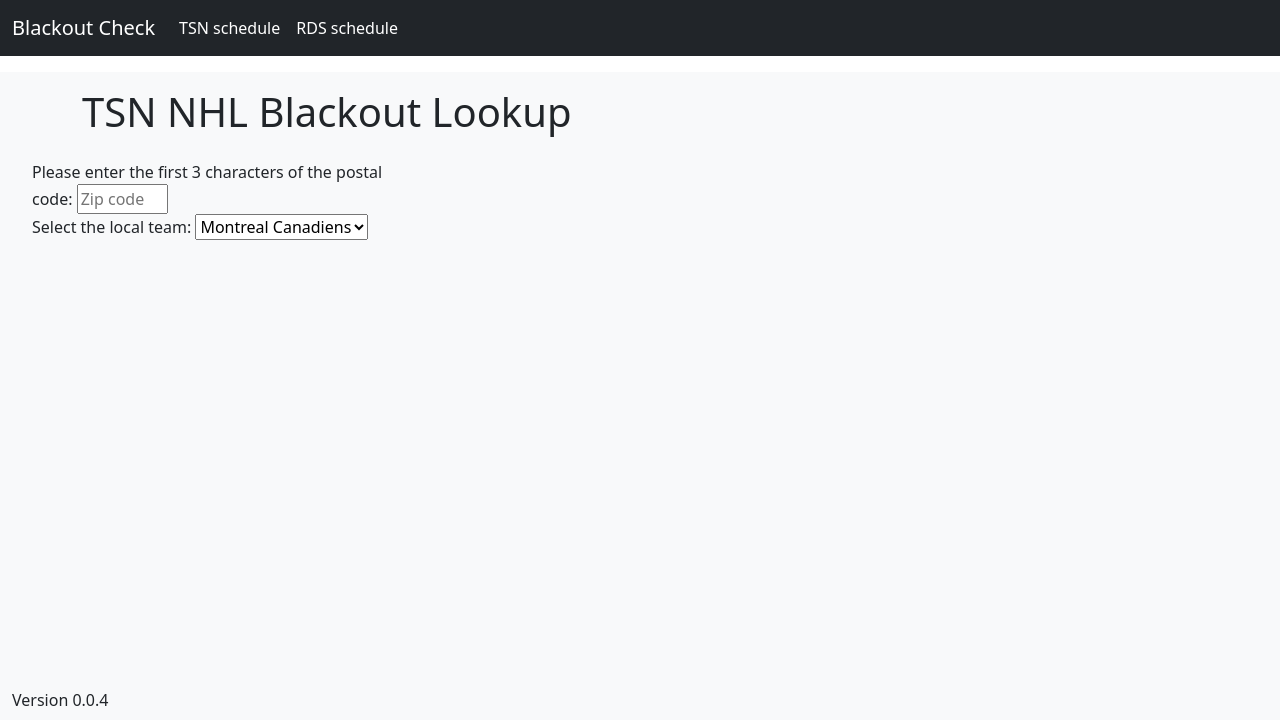
Repository: teban004/blackoutCheck
Page: index.html
The author's editor kept a copy of each file at every save. The page is drawn from the files as they stood at one save, then again after the next save.
The browser window is 1280 px wide. The pictures show the whole page.

Above is the page before, as saved 2022-01-14 16:09:19.

After the next save:
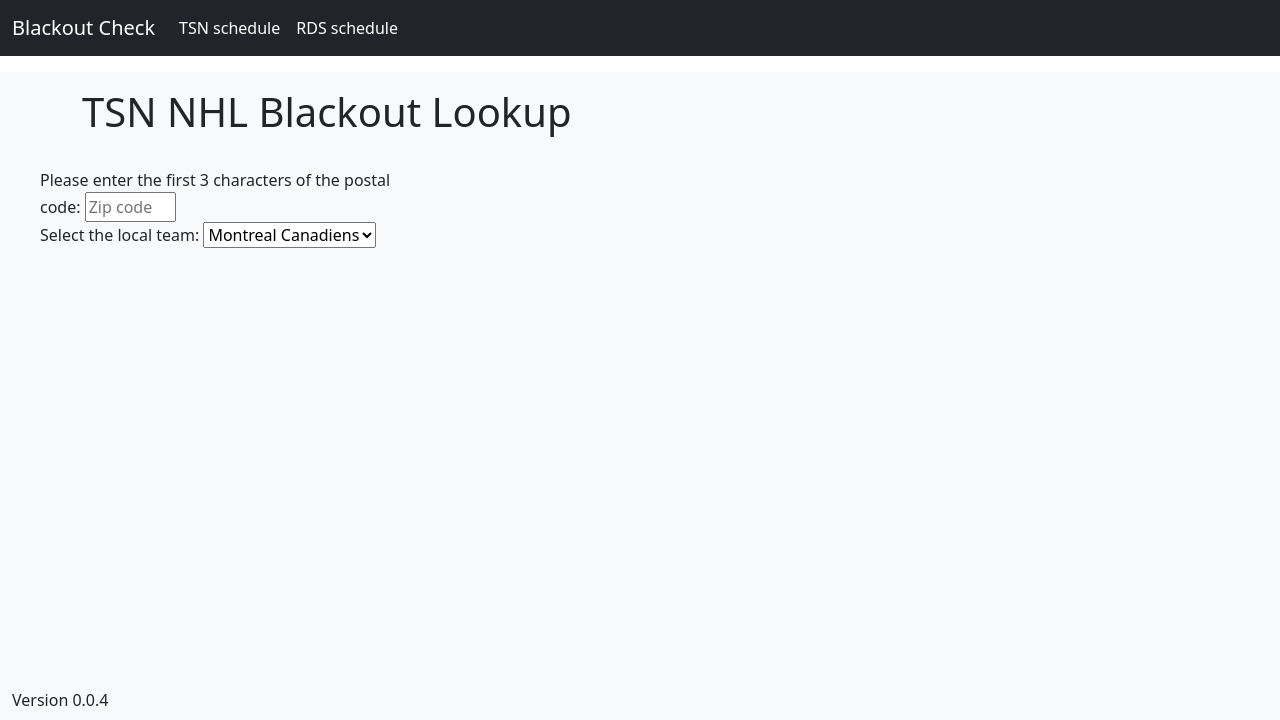
Saved 27 s later.
--- a/index.html
+++ b/index.html
@@ -44,7 +44,7 @@
 		</div>
 		<div class="row">
 			<div class="col-md-4">
-				<div class="container p-3">
+				<div class="container p-4">
 					Please enter the first 3 characters of the postal code: <input type="text" name="zipCode" id="zipCode" maxlength="3" size="4" placeholder="Zip code">
 					<br>Select the local team:
 					<select name="team" id="team">
